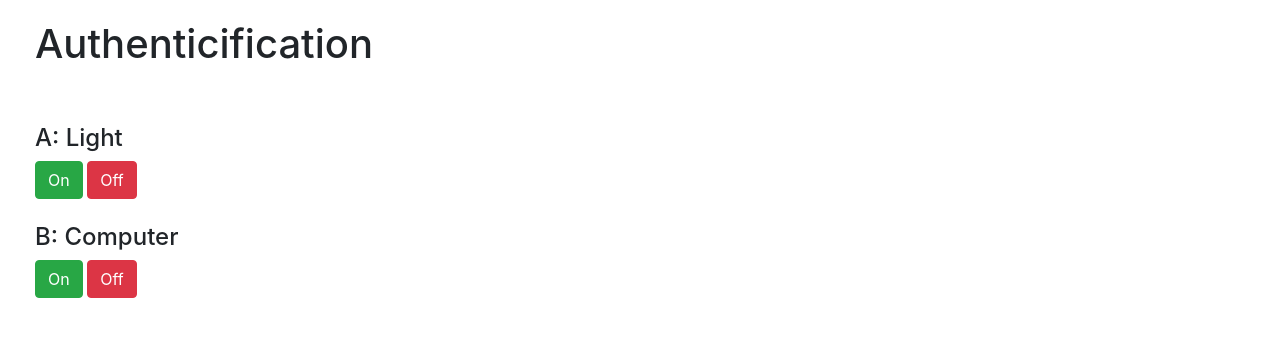
Repository: RobinWarth/Smart-Home-Solutions
Page: Code/Node/public/oauth.html
The author's editor kept a record of every edit. The page is drawn from the files as they stood at one moment, then again after the next edit.
The browser window is 1280 px wide. The pictures show the whole page.

Above is the page before.

### Code/Node/public/oauth.html
<!DOCTYPE html>
<html lang="en">

<head>

    <meta charset="utf-8">
    <meta name="viewport" content="width=device-width, initial-scale=1, shrink-to-fit=no">
    <meta name="description" content="">
    <meta name="author" content="">

    <title>Home Control</title>

    <!-- Bootstrap core CSS -->
    <link href="css/bootstrap.min.css" rel="stylesheet">

    <!-- Custom styles for this template -->
    <link href="css/simple-sidebar.css" rel="stylesheet">

</head>

<body>

    <div id="wrapper">



        <!-- Page Content -->
        <div id="page-content-wrapper">
            <div class="container-fluid">
                <h1>Authenticification</h1>
                <br>
                <br>

                <h4>A: Light</h4>
                <button type="button" id="buttonAon" class="btn btn-success">On</button>
                <button type="button" id="buttonAoff" class="btn btn-danger">Off</button>
                <br>
                <br>
                <h4>B: Computer</h4>
                <button type="button" id="buttonBon" class="btn btn-success">On</button>
                <button type="button" id="buttonBoff" class="btn btn-danger">Off</button>
                <br>
                <br>





            </div>
        </div>
        <!-- /#page-content-wrapper -->

    </div>
    <!-- /#wrapper -->



    <!-- Bootstrap core JavaScript -->
    <script src="js/jquery.min.js"></script>
    <script src="js/bootstrap.bundle.min.js"></script>

    <!-- Menu Toggle Script -->
    <script>
    $("#menu-toggle").click(function(e) {
        e.preventDefault();
        $("#wrapper").toggleClass("toggled");
    });
    </script>

    <script src="js/index.js"></script>

</body>

</html>

### Code/Node/public/css/simple-sidebar.css
/*!
 * Start Bootstrap - Simple Sidebar (https://startbootstrap.com/template-overviews/simple-sidebar)
 * Copyright 2013-2017 Start Bootstrap
 * Licensed under MIT (https://github.com/BlackrockDigital/startbootstrap-simple-sidebar/blob/master/LICENSE)
 */

body {
  overflow-x: hidden;
}

#wrapper {
  padding-left: 0;
  -webkit-transition: all 0.5s ease;
  -moz-transition: all 0.5s ease;
  -o-transition: all 0.5s ease;
  transition: all 0.5s ease;
}

#wrapper.toggled {
  padding-left: 250px;
}

#sidebar-wrapper {
  z-index: 1000;
  position: fixed;
  left: 250px;
  width: 0;
  height: 100%;
  margin-left: -250px;
  overflow-y: auto;
  background: #000;
  -webkit-transition: all 0.5s ease;
  -moz-transition: all 0.5s ease;
  -o-transition: all 0.5s ease;
  transition: all 0.5s ease;
}

#wrapper.toggled #sidebar-wrapper {
  width: 250px;
}

#page-content-wrapper {
  width: 100%;
  position: absolute;
  padding: 15px;
}

#wrapper.toggled #page-content-wrapper {
  position: absolute;
  margin-right: -250px;
}


/* Sidebar Styles */

.sidebar-nav {
  position: absolute;
  top: 0;
  width: 250px;
  margin: 0;
  padding: 0;
  list-style: none;
}

.sidebar-nav li {
  text-indent: 20px;
  line-height: 40px;
}

.sidebar-nav li a {
  display: block;
  text-decoration: none;
  color: #999999;
}

.sidebar-nav li a:hover {
  text-decoration: none;
  color: #fff;
  background: rgba(255, 255, 255, 0.2);
}

.sidebar-nav li a:active, .sidebar-nav li a:focus {
  text-decoration: none;
}

.sidebar-nav>.sidebar-brand {
  height: 65px;
  font-size: 18px;
  line-height: 60px;
}

.sidebar-nav>.sidebar-brand a {
  color: #999999;
}

.sidebar-nav>.sidebar-brand a:hover {
  color: #fff;
  background: none;
}

@media(min-width:768px) {
  #wrapper {
    padding-left: 0;
  }
  #wrapper.toggled {
    padding-left: 250px;
  }
  #sidebar-wrapper {
    width: 0;
  }
  #wrapper.toggled #sidebar-wrapper {
    width: 250px;
  }
  #page-content-wrapper {
    padding: 20px;
    position: relative;
  }
  #wrapper.toggled #page-content-wrapper {
    position: relative;
    margin-right: 0;
  }
}

### Code/Node/public/js/index.js
function postRaspberry(endpointId, status) {
    let url = window.location.href;
    let fullUrl = url + "input";

    let attempt = {
        endpointId: endpointId,
        properties: [{
            namespace: "Alexa.PowerController",
            name: "powerState",
            value: status,
            timeOfSample: "2017-09-03T16:20:50.52Z", //retrieve from result.
            uncertaintyInMilliseconds: 500
        }]
    };
    let attemptString = JSON.stringify(attempt);
    console.log(attemptString);


    jQuery.ajax({
        type: "POST",
        url: fullUrl,
        data: attemptString,
        success: callbackSuccess,
        dataType: "json",
        contentType: 'application/json'
    });
}

function callbackSuccess(data, status) {
    console.log("Data: " + data + "\nStatus: " + status);
}


jQuery("#buttonAon").click(function() {
    postRaspberry("wirelessSwitch1", "ON");
});

jQuery("#buttonAoff").click(function() {
    postRaspberry("wirelessSwitch1", "OFF");
});

jQuery("#buttonBon").click(function() {
    postRaspberry("wirelessSwitch2", "ON");
});

jQuery("#buttonBoff").click(function() {
    postRaspberry("wirelessSwitch2", "OFF");
});

jQuery("#buttonCon").click(function() {
    postRaspberry("wirelessSwitch3", "ON");
});

jQuery("#buttonCoff").click(function() {
    postRaspberry("wirelessSwitch3", "OFF");
});

jQuery("#buttonDon").click(function() {
    postRaspberry("wirelessSwitch4", "ON");
});

jQuery("#buttonDoff").click(function() {
    postRaspberry("wirelessSwitch4", "OFF");
});

jQuery("#buttonAllon").click(function() {
    postRaspberry("wirelessSwitch1", "ON"); //change
});

jQuery("#buttonAlloff").click(function() {
    postRaspberry("wirelessSwitch1", "OFF"); //change
});

Loaded but not shown: Code/Node/public/css/bootstrap.min.css (library); Code/Node/public/js/jquery.min.js (library); Code/Node/public/js/bootstrap.bundle.min.js (library)

After the next edit:
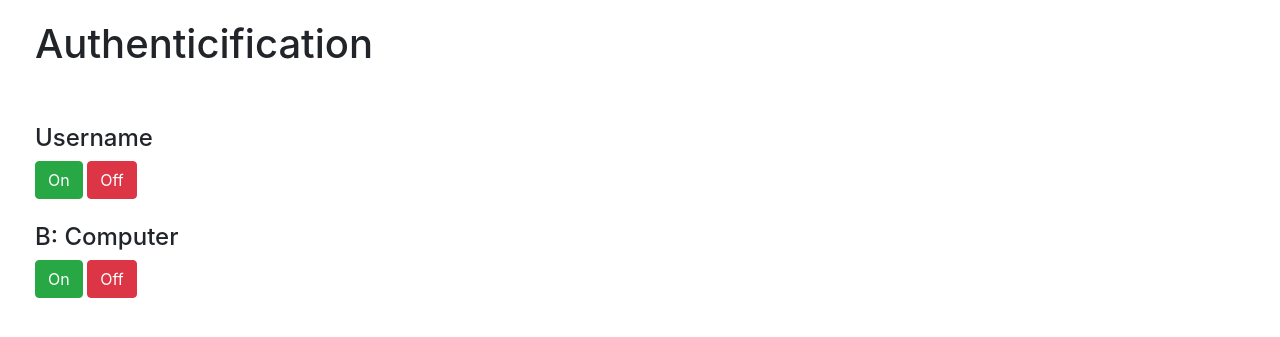
The edit:
--- a/Code/Node/public/oauth.html
+++ b/Code/Node/public/oauth.html
@@ -31,7 +31,7 @@
                 <br>
                 <br>
 
-                <h4>A: Light</h4>
+                <h4>Username</h4>
                 <button type="button" id="buttonAon" class="btn btn-success">On</button>
                 <button type="button" id="buttonAoff" class="btn btn-danger">Off</button>
                 <br>
